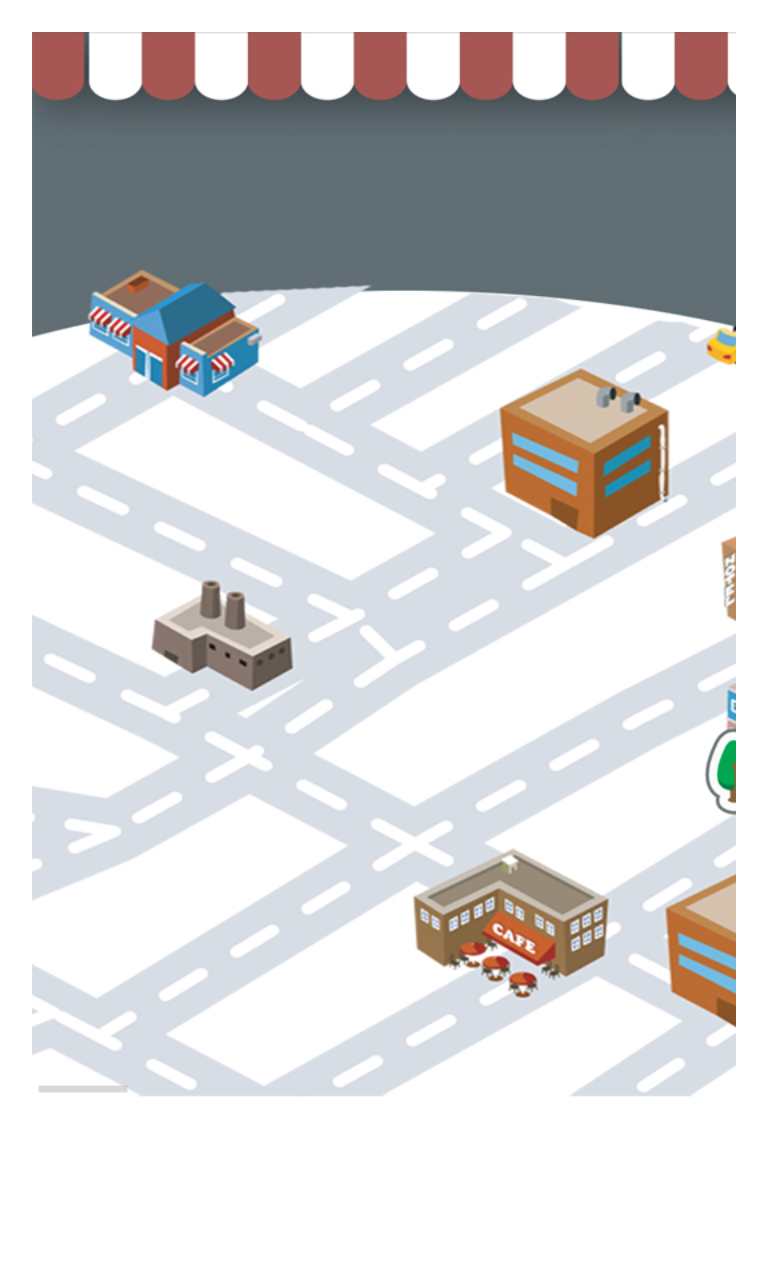
Repository: ahmeda8/playable
Layout: Playable/res/layout/activity_main.xml
The author's editor kept a copy of each file at every save. The layout is drawn from the files as they stood at one save, then again after the next save.
It is drawn on a 768 x 1280 px phone screen (xhdpi) without system bars, with theme AppTheme; the app's code is not run.

Above is the layout before, as saved 2013-07-20 19:52:07.

After the next save:
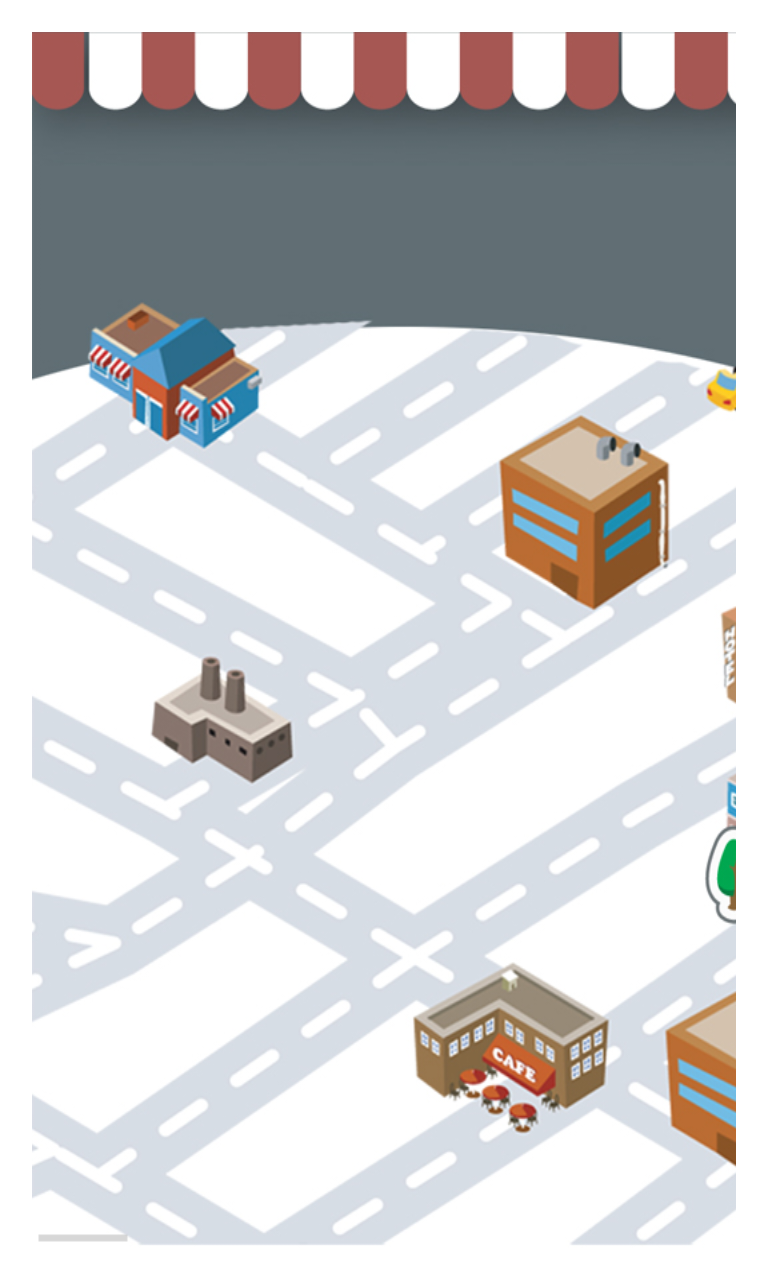
Saved 61 s later.
--- a/Playable/res/layout/activity_main.xml
+++ b/Playable/res/layout/activity_main.xml
@@ -11,7 +11,7 @@
         <HorizontalScrollView
             android:id="@+id/horizontalScrollView1"
             android:layout_width="wrap_content"
-            android:layout_height="wrap_content" >
+            android:layout_height="match_parent" >
 
             <LinearLayout
                 android:layout_width="match_parent"
